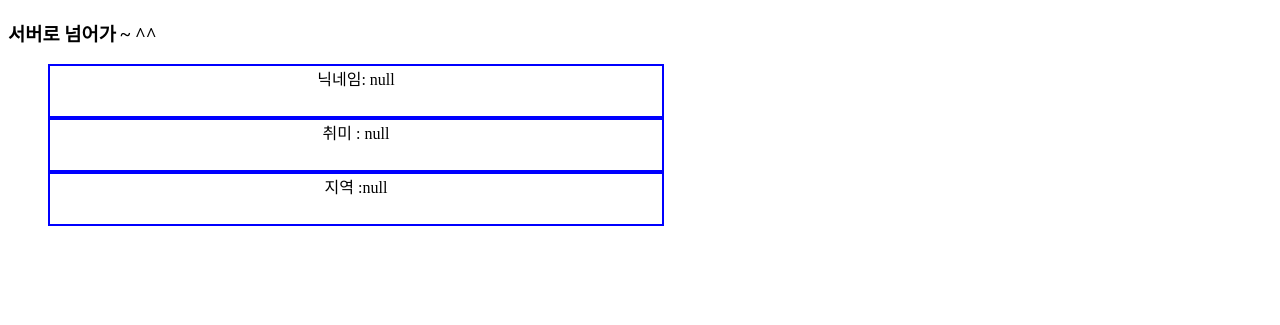
Repository: hyejux/jsp
Page: http://localhost/JSPBasic/request/request02.jsp
An editor plug-in stored every save of this project. The page is shown before and after the next save, followed by the edit.
The browser window is 1280 px wide. The pictures show the whole page.
The page is served by Tomcat 10.

Above is the page before, as saved 2024-06-25 06:18:35.

After the next save:
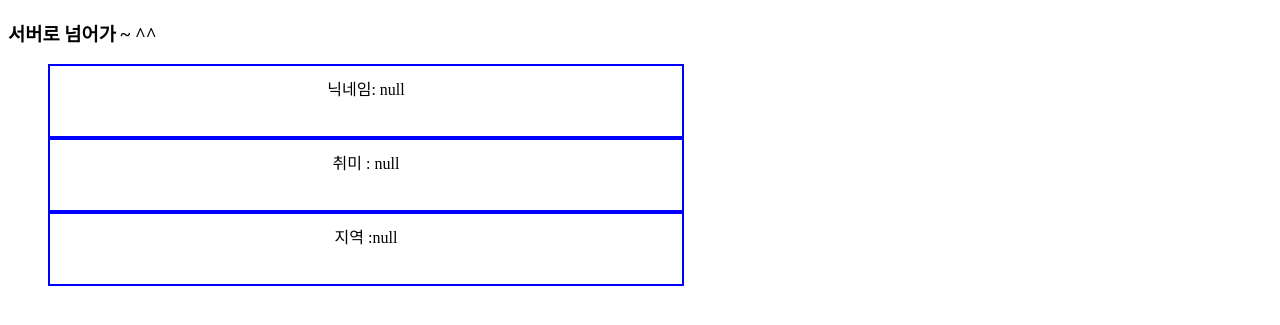
Saved 95 s later.
--- a/JSPBasic/src/main/webapp/request/request02.jsp
+++ b/JSPBasic/src/main/webapp/request/request02.jsp
@@ -23,7 +23,7 @@ width : 50%;
 border: 2px solid blue;
 list-style-type : none;
 text-align : center;
-paddig : 10px;
+padding : 10px;
 }
 
 </style>
